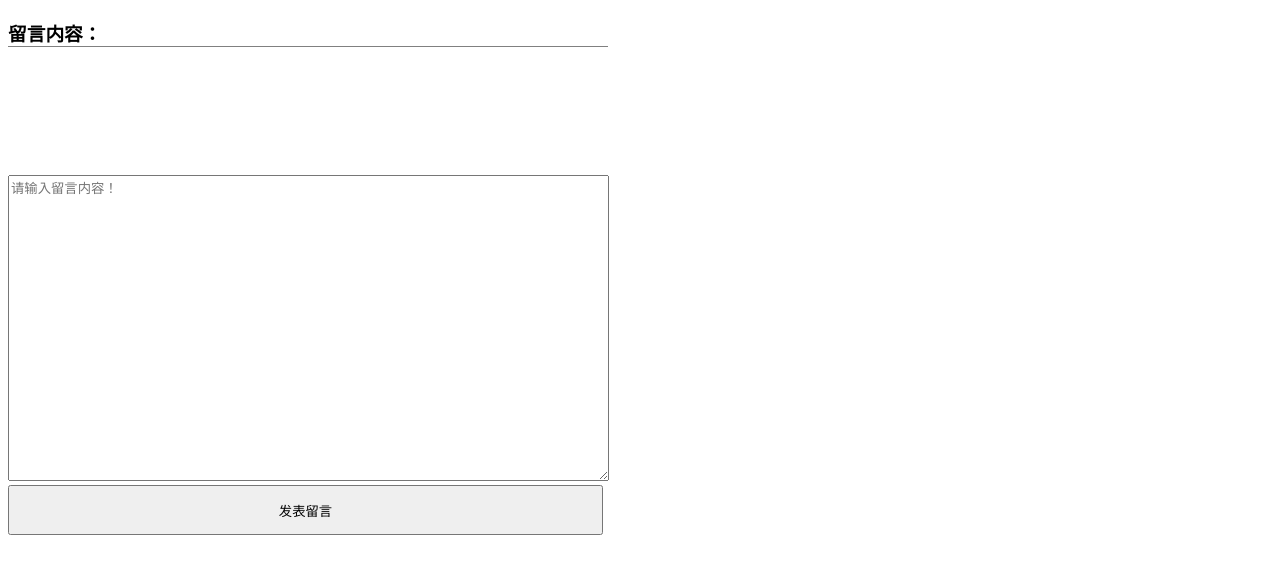
Repository: tfdonna/fontend
Page: js第一阶段/jquery/WebContent/留言板.html
These files come from the project's save history. The page is drawn as it stood at one moment and after the next save; the edit follows.
The browser window is 1280 px wide. The pictures show the whole page.

Above is the page before, as saved 2021-09-06 09:15:39.

### js第一阶段/jquery/WebContent/留言板.html
<!DOCTYPE html>
<html lang="en">
<head>
    <meta charset="UTF-8">
    <meta http-equiv="X-UA-Compatible" content="IE=edge">
    <meta name="viewport" content="width=device-width, initial-scale=1.0">
    <title>留言板</title>
    <style>
        .box{
            width: 600px;
        }
        h3{
            border-bottom: 1px solid grey;
        }
        textarea{
            width: 595px;
            height: 300px;
        }
        button{
            width: 595px;
            height: 50px;
        }
        button:hover{
            background-color: green;
        }
        .doc{
            /*border: 1px solid rgb(143, 23, 23);*/
            min-height: 100px;
            margin-bottom: 10px;
        }
        .item{
            margin-left: 10px;
            width: 500px;
            border: 1px solid rgb(143, 23, 23);
            padding-left:10px;
            border-bottom-left-radius: 5px;
        }
        .del{
            width: 10%;
            height: 22px;
            float: right;

        }
    </style>
</head>
<body>
    <div class="box">
        <h3>留言内容：</h3>
        <div class="doc"></div>
        <textarea cols="30" rows="10" placeholder="请输入留言内容！"></textarea>
        <button>发表留言</button>
    </div>

    <script type="text/javascript" src="jquery.js"></script>
    <script>
        /*
        需求：留言板
        1.获取元素
        2.给按钮绑定事件
        3.获取留言板内容
        4.创建元素，将内容放进去
        5.将创建的节点 添加到doc
        */

        $(function () {
			var floor = 0;
			$('button').click(function () {
				floor++;
				var text = $('textarea').val();
				$('.doc').append(`<p>${floor}楼:${text}</p>`);
				$('textarea').val('');
				//获取光标闪动   让textarea获取到
				$('textarea').focus();
			})
		})
    </script>
</body>
</html>

Loaded but not shown: js第一阶段/jquery/WebContent/jquery.js (library)

After the next save:
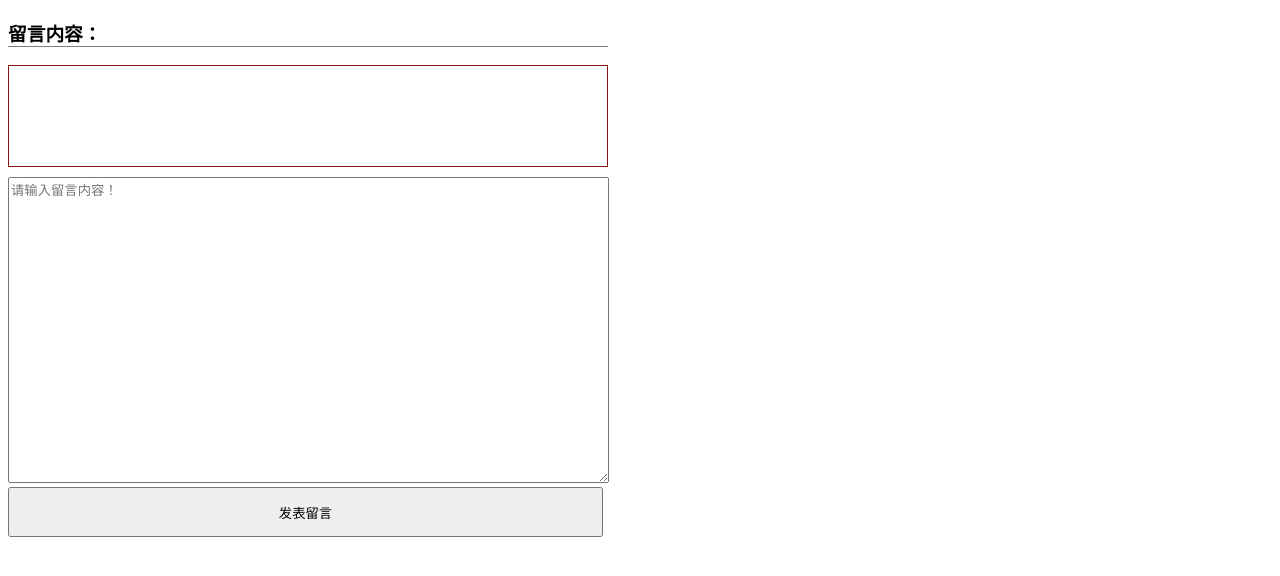
Saved 32 s later.
--- a/js第一阶段/jquery/WebContent/留言板.html
+++ b/js第一阶段/jquery/WebContent/留言板.html
@@ -24,7 +24,7 @@
             background-color: green;
         }
         .doc{
-            /*border: 1px solid rgb(143, 23, 23);*/
+            border: 1px solid rgb(143, 23, 23);
             min-height: 100px;
             margin-bottom: 10px;
         }
